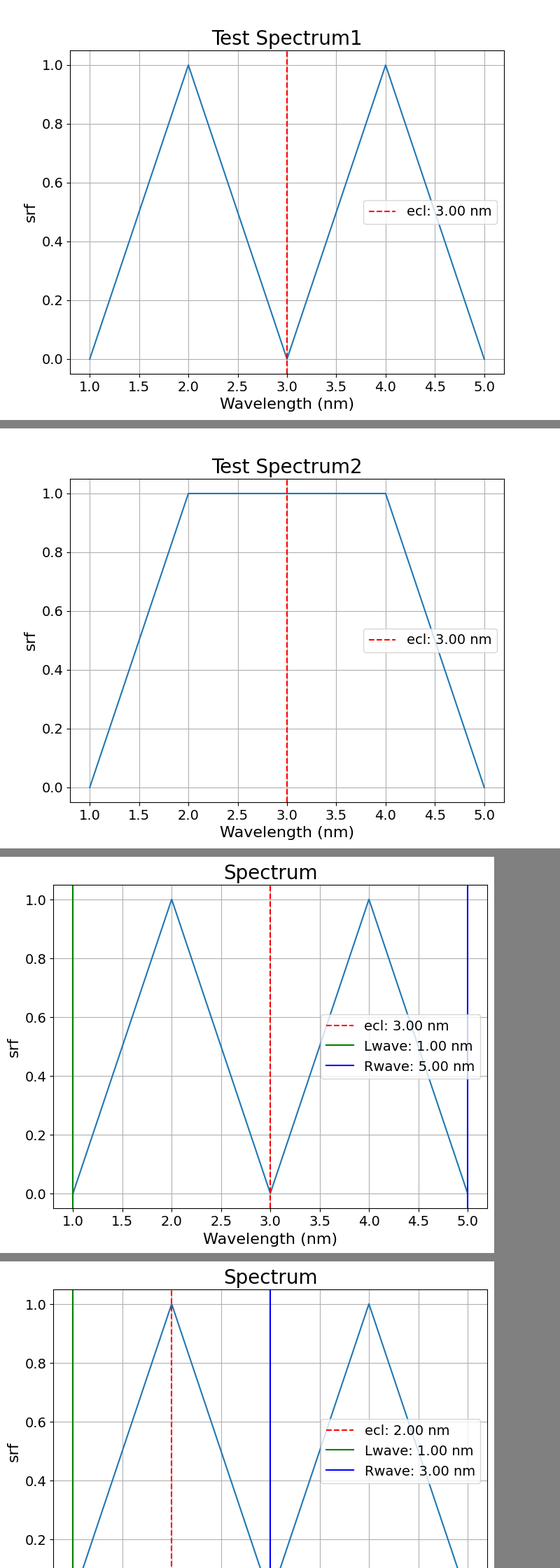
Repository: cyloveyou/cal_ecw
Script's output: python python/test_lib_ecl.py
An editor plug-in stored every save of this project. The script's output is shown before and after the next save, followed by the edit.
The pictures show rows 0 to 2240 of an output 4680 px tall, at 70% of full size.
Each picture stacks the figures in order, with grey between them; figures that are only written to a file come last. The script is stopped after its 8th figure. Random numbers start from a fixed seed.

Above is the script's output before, as saved 2025-09-23 22:54:59.

After the next save:
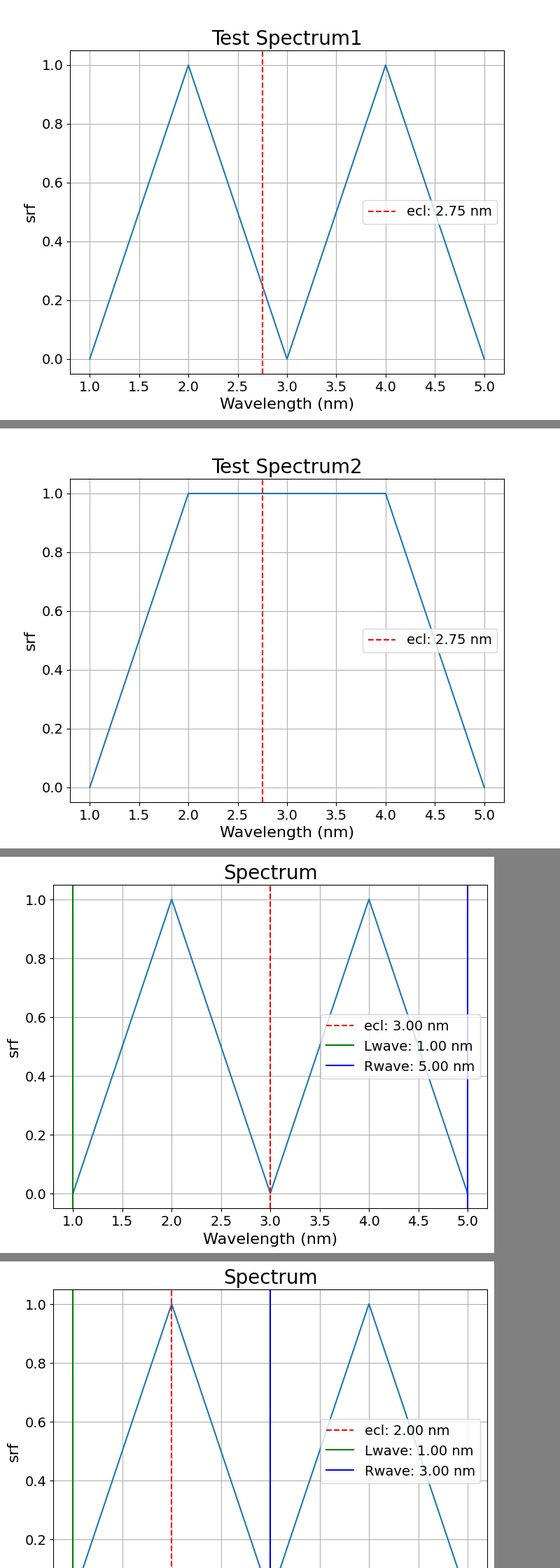
Saved 41 s later.
--- a/python/lib_ecl.py
+++ b/python/lib_ecl.py
@@ -101,7 +101,7 @@ def cal_ecl(wave, srf):
         )
         # 判断是否达到目标积分
         print("tmp_wave:", tmp_wave, " tmp_srf:", tmp_srf, " sum_srf_2:", sum_srf_2)
-        if abs(rwave - lwave) < 1e-3:
+        if abs(rwave - lwave) < 1:
             break
         # 如果当前积分小于目标积分，向右移动
         elif tmp_srf < sum_srf_2:
